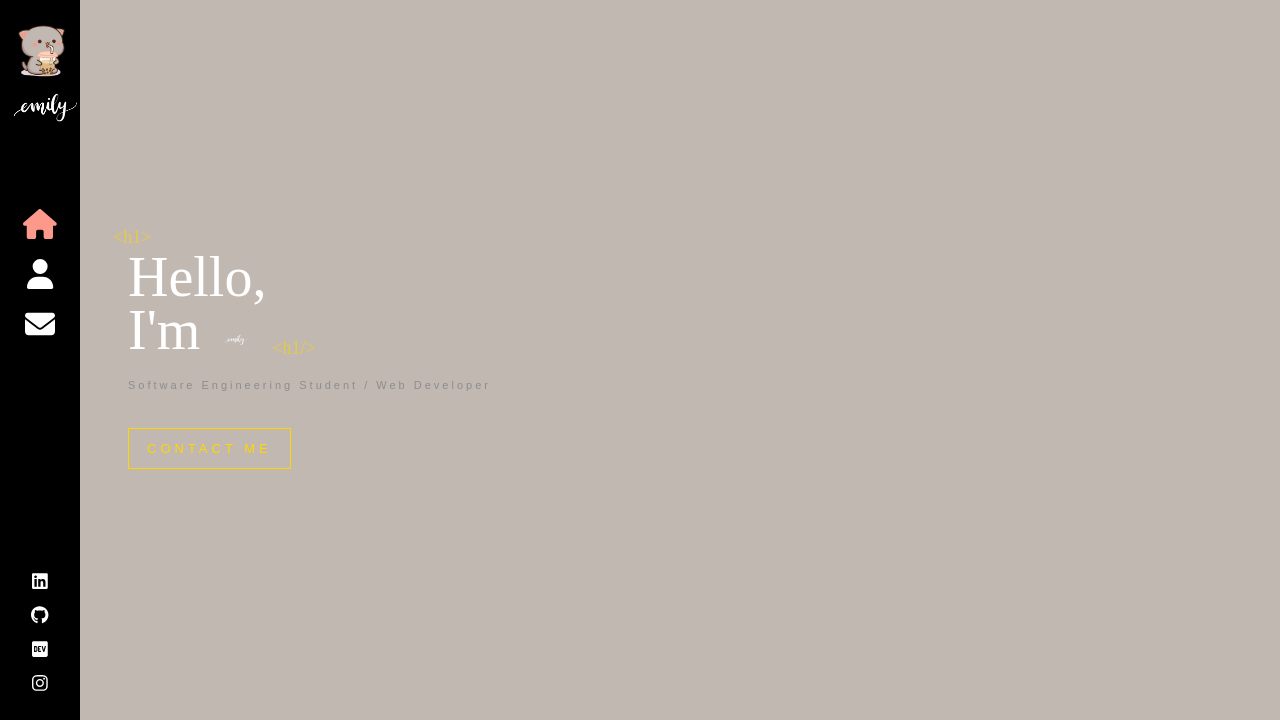
Repository: emilywcai/emilywcai.github.io
Page: / (app in personal-portfolio/)
The author's editor kept a copy of each file at every save. The page is drawn from the files as they stood at one save, then again after a run of saves.
The browser window is 1280 px wide. The pictures show the whole page.
The project was rebuilt for these pictures with package versions that can differ from the ones it lists, and the page was loaded fresh each time.

Above is the page before, as saved 2022-08-03 14:12:20.

After the next 3 saves:
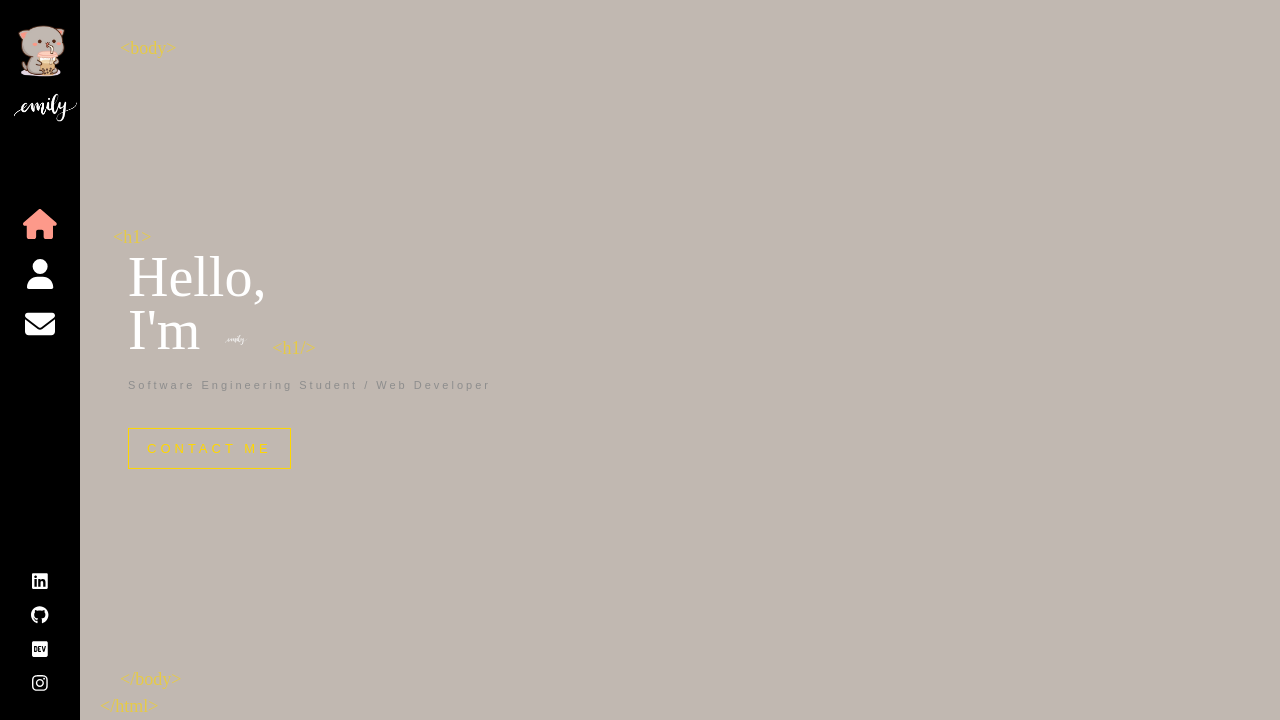
The 3 saves are shown as one change because they came seconds apart.
The last was saved 56 s later.
--- a/personal-portfolio/src/components/Layout/index.scss
+++ b/personal-portfolio/src/components/Layout/index.scss
@@ -4,6 +4,25 @@
     position: absolute;
   }
 
+
+  .top-tags {
+    bottom: auto;
+    top: 35px;
+  }
+
+  .tags {
+    color: #ffd700;
+    opacity: 0.6;
+    position: absolute;
+    bottom: 0;
+    left: 120px;
+    font-size: 18px;
+    font-family: 'La Belle Aurore', cursive;
+  }
+
+  .bottom-tag-html {
+    margin-left: -20px;
+  }
 .container {
   width: 100%;
   will-change: contents;
